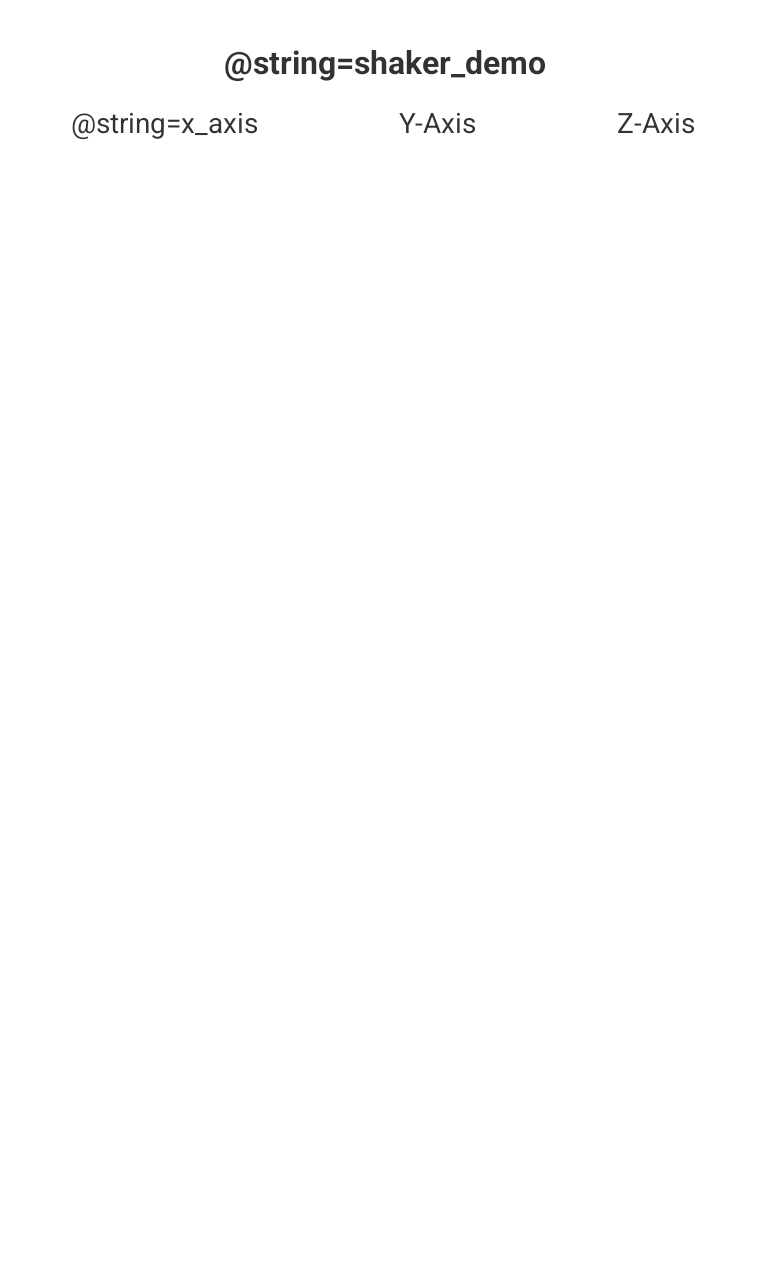
Repository: cemkoc/powernap
Layout: accelerometer/android/accelerometer/res/layout/main.xml
The author's editor kept a copy of each file at every save. The layout is drawn from the files as they stood at one save, then again after the next save.
It is drawn on a 768 x 1280 px phone screen (xhdpi) without system bars, with theme AppTheme; the app's code is not run.

Above is the layout before, as saved 2014-01-25 19:16:04.

After the next save:
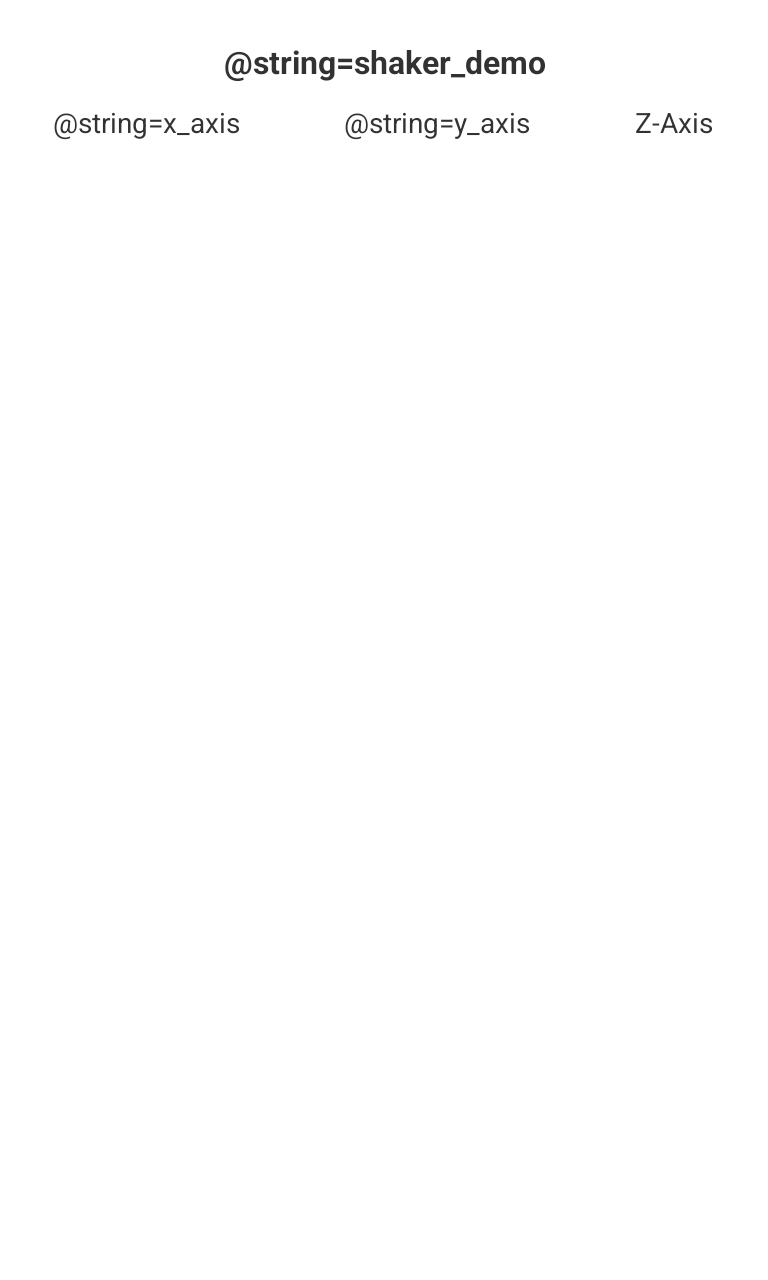
Saved 2 s later.
--- a/accelerometer/android/accelerometer/res/layout/main.xml
+++ b/accelerometer/android/accelerometer/res/layout/main.xml
@@ -27,9 +27,7 @@ android:layout_height="fill_parent">
 	android:layout_width="wrap_content"
 	android:layout_height="wrap_content"
 	android:textSize="14sp"
-
-	android:text="Y-Axis"
-
+	android:text="@string=y_axis"
 	android:gravity="center"/>
 <TextView
 	android:layout_width="wrap_content"
